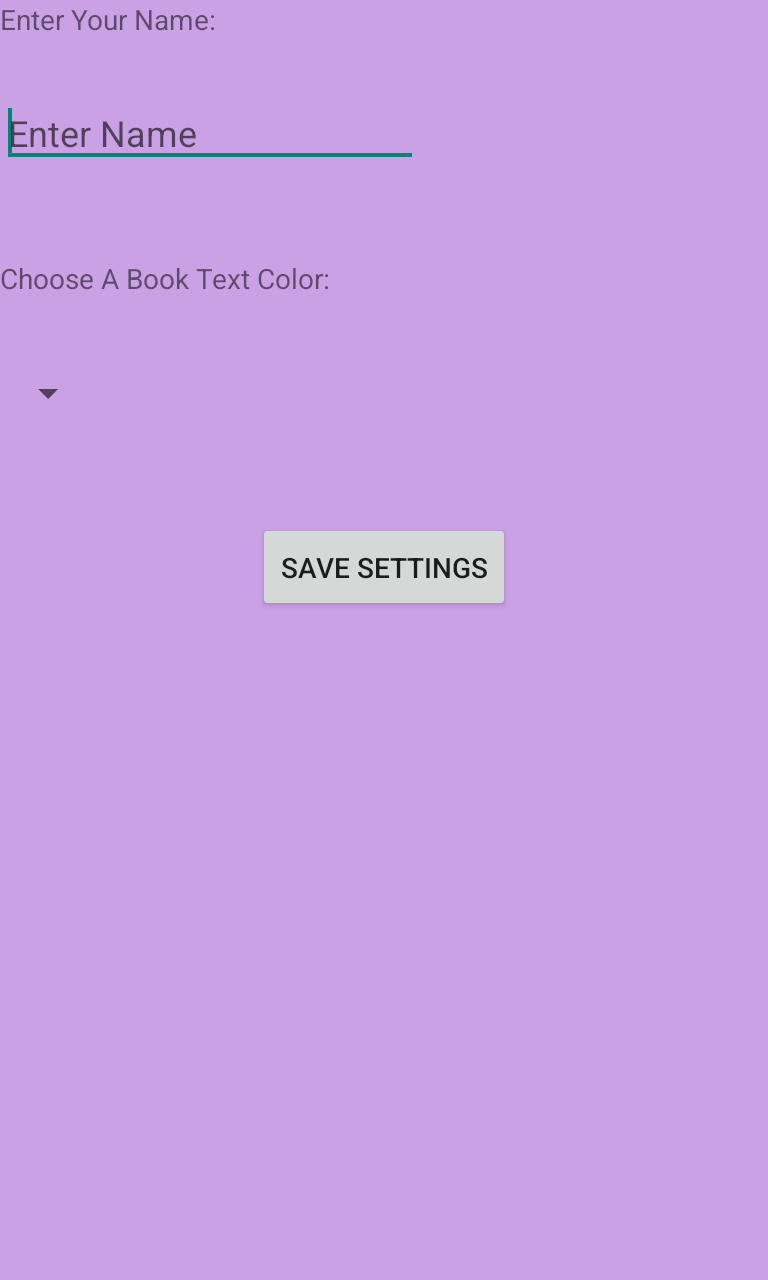
Repository: arianaantonio/MDF3_Antonio
Layout: Readable/res/layout/activity_main.xml
These files come from the project's save history. The layout is drawn as it stood at one moment and after the next save; the edit follows.
It is drawn on a 768 x 1280 px phone screen (xhdpi) without system bars, with theme AppTheme; the app's code is not run. The app's manifest (not shown) leaves right-to-left support off. So textAlignment, textDirection and layoutDirection are ignored, and left and right values win over start and end ones.

Above is the layout before, as saved 2014-08-21 02:14:42.

After the next save:
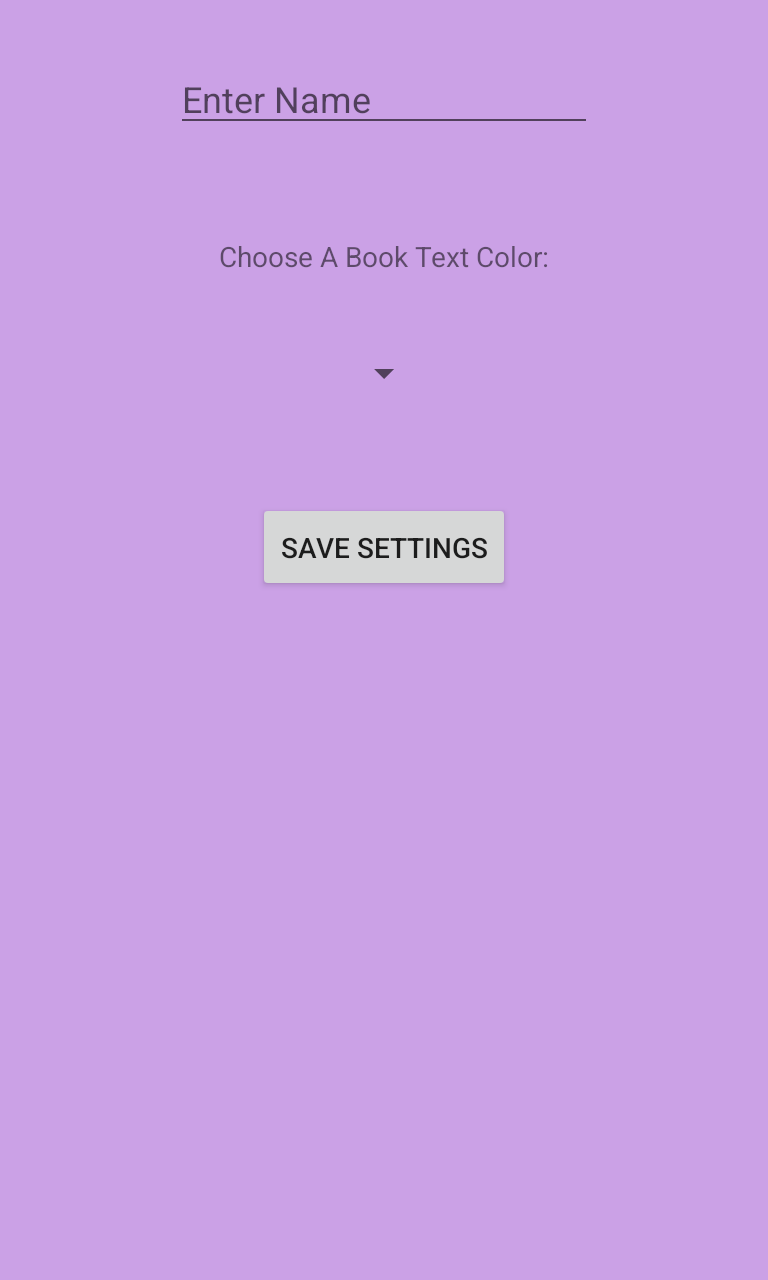
Saved 2 min 33 s later.
--- a/Readable/res/layout/activity_main.xml
+++ b/Readable/res/layout/activity_main.xml
@@ -4,41 +4,6 @@
     android:layout_height="match_parent"
     tools:context="${relativePackage}.${activityClass}"
     android:background="@color/lavender" >
-
-    <TextView
-        android:id="@+id/textView1"
-        android:layout_width="wrap_content"
-        android:layout_height="wrap_content"
-        android:text="@string/username" />
-
-    <EditText
-        android:id="@+id/editText1"
-        android:layout_width="wrap_content"
-        android:layout_height="wrap_content"
-        android:layout_alignParentLeft="true"
-        android:layout_below="@+id/textView1"
-        android:layout_marginTop="25dp"
-        android:ems="10"
-        android:hint="@string/name" >
-	<requestFocus />
-    </EditText>
-
-    <TextView
-        android:id="@+id/textView2"
-        android:layout_width="wrap_content"
-        android:layout_height="wrap_content"
-        android:layout_alignParentLeft="true"
-        android:layout_below="@+id/editText1"
-        android:layout_marginTop="44dp"
-        android:text="@string/backgroundColor" />
-
-    <Spinner
-        android:id="@+id/spinner1"
-        android:layout_width="wrap_content"
-        android:layout_height="wrap_content"
-        android:layout_alignParentLeft="true"
-        android:layout_below="@+id/textView2"
-        android:layout_marginTop="36dp" />
 
     <Button
         android:id="@+id/button1"
@@ -49,4 +14,33 @@
         android:layout_marginTop="51dp"
         android:text="@string/button" />
 
+    <EditText
+        android:id="@+id/editText1"
+        android:layout_width="wrap_content"
+        android:layout_height="wrap_content"
+        android:layout_alignParentTop="true"
+        android:layout_centerHorizontal="true"
+        android:layout_marginTop="27dp"
+        android:ems="10"
+        android:hint="@string/name" />
+
+    <TextView
+        android:id="@+id/textView2"
+        android:layout_width="wrap_content"
+        android:layout_height="wrap_content"
+        android:layout_below="@+id/editText1"
+        android:layout_centerHorizontal="true"
+        android:layout_marginTop="50dp"
+        android:text="@string/backgroundColor" />
+
+    <Spinner
+        android:id="@+id/spinner1"
+        android:layout_width="wrap_content"
+        android:layout_height="wrap_content"
+        android:layout_below="@+id/textView2"
+        android:layout_centerHorizontal="true"
+        android:layout_marginTop="37dp"
+        android:gravity="center"
+        android:textAlignment="center" />
+
 </RelativeLayout>
